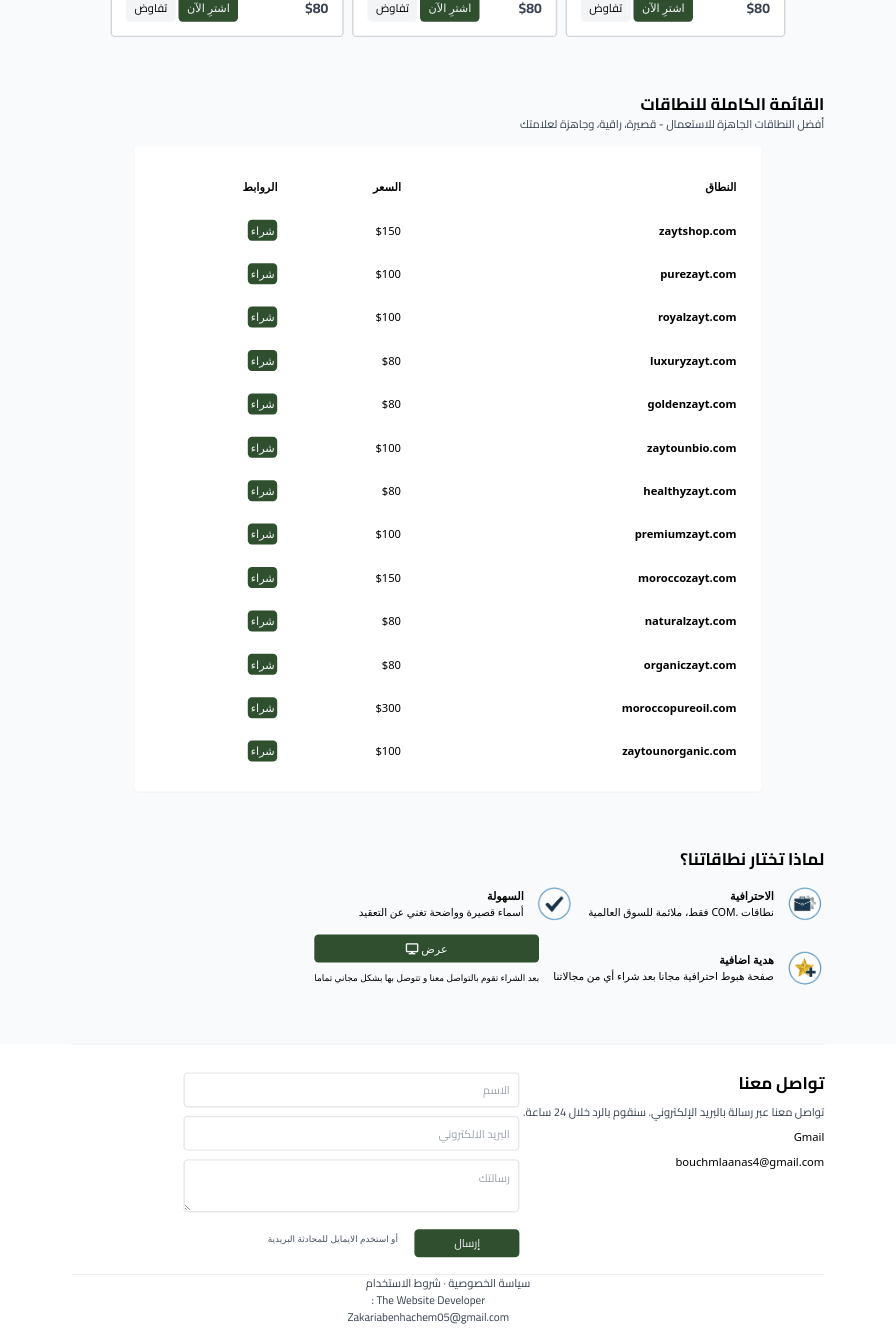
Repository: zakaria-bn05/Olive-oil-domaine-names-english-version
Page: index.html
These files come from the project's save history. The page is drawn as it stood at one moment and after the next save; the edit follows.
The browser window is 1280 px wide. The pictures show the part of the page from y = 780 to 2700 px (the page is 2700 px tall), at 70% of full size.
Some web libraries are served in a nearby version.

Above is the page before, as saved 2025-11-19 01:39:09.

After the next save:
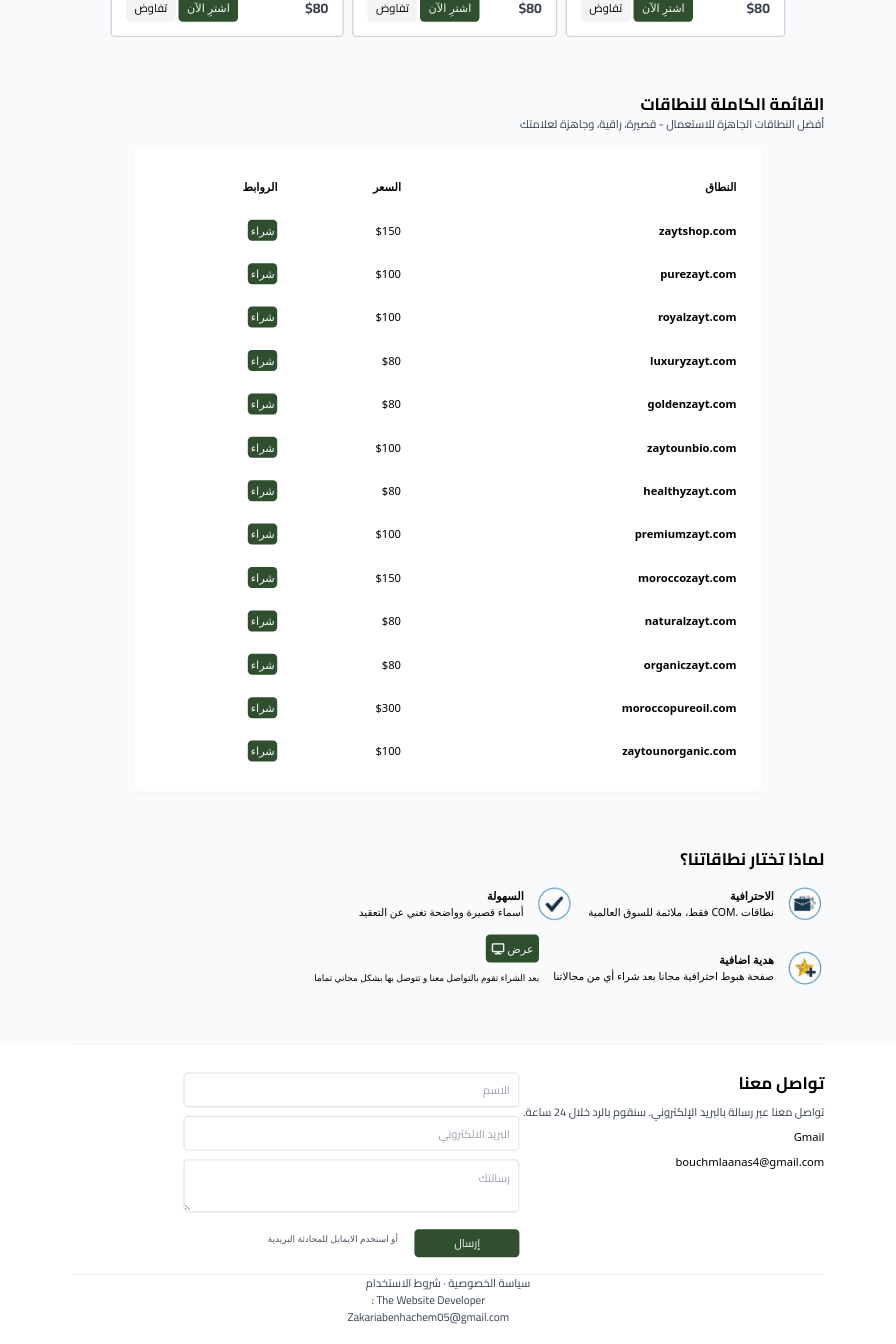
Saved 13 s later.
--- a/index.html
+++ b/index.html
@@ -312,7 +312,7 @@
                     </div>
                 </div>
                 <div class="flex flex-col gap-3">
-                    <button class="bg-olive-btn p-2 text-ms text-gray-100 rounded-md">عرض <i
+                    <button class="bg-olive-btn p-2 text-ms text-gray-100 rounded-md w-max">عرض <i
                             class="fa-solid fa-display"></i></button>
                     <small>بعد الشراء تقوم بالتواصل معنا و تتوصل بها بشكل مجاني تماما</small>
                 </div>
